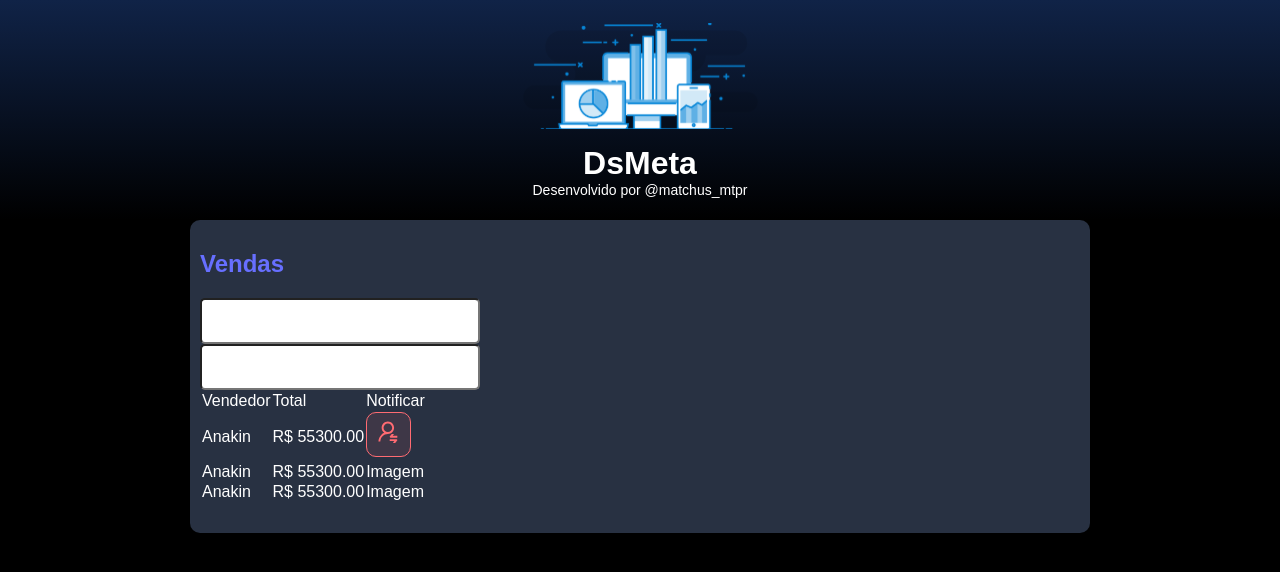
Repository: MatheusAlvesPereiraRosa/ds-meta
Page: index.html
An editor plug-in stored every save of this project. The page is shown before and after the next save, followed by the edit.
The browser window is 1280 px wide. The pictures show the whole page.

Above is the page before, as saved 2022-09-01 11:55:23.

### index.html
<!DOCTYPE html>
<html lang="en">
  <head>
    <meta charset="UTF-8" />
    <meta http-equiv="X-UA-Compatible" content="IE=edge" />
    <meta name="viewport" content="width=device-width, initial-scale=1.0" />
    <title>Document</title>

    <link rel="stylesheet" href="styles.css" />
  </head>

  <body>
    <header>
      <div class="dsmeta-logo-container">
        <img src="logo.svg" alt="Logo" />
        <h1>DsMeta</h1>
        <p>
          Desenvolvido por
          <a href="https://www.instagram.com/matchus_mtpr">@matchus_mtpr</a>
        </p>
      </div>
    </header>

    <main>
      <section id="sales">
        <div class="dsmeta-container">
          <div class="dsmeta-card">
            <h2 class="dsmeta-sales-title">Vendas</h2>
            <div>
              <div>
                <input class="dsmeta-form-control" type="text" />
              </div>
              <div>
                <input class="dsmeta-form-control" type="text" />
              </div>
            </div>

            <div>
              <table>
                <thead>
                  <tr>
                    <td>Vendedor</td>
                    <td>Total</td>
                    <td>Notificar</td>
                  </tr>
                </thead>
                <tbody>
                  <tr>
                    <td>Anakin</td>
                    <td>R$ 55300.00</td>
                    <td><img src="icon.svg" alt="Notificar" /></td>
                  </tr>
                  <tr>
                    <td>Anakin</td>
                    <td>R$ 55300.00</td>
                    <td>Imagem</td>
                  </tr>
                  <tr>
                    <td>Anakin</td>
                    <td>R$ 55300.00</td>
                    <td>Imagem</td>
                  </tr>
                </tbody>
              </table>
            </div>
          </div>
        </div>
      </section>
    </main>
  </body>
</html>

### styles.css
@import url('https://fonts.googleapis.com/css2?family=Roboto:wght@300&display=swap');

* {
    font-family: 'Rotobto', sans-serif;
    box-sizing: border-box;
    margin: 0;
    padding: 0;
}

header {
    background: linear-gradient(180deg, #102347 0%, transparent);
    height: 220px;
    display: flex;
    align-items: center;
    justify-content: center;
}

body, html {
    background-color: black;
    color: #fff;
}

a, a:hover, a:visited {
    color: unset;
    text-decoration: none;
}

.dsmeta-logo-container {
    display: flex;
    flex-direction: column;
    align-items: center;
}

.dsmeta-logo-container img{
    width: 235px;
}

.dsmeta-logo-container h1{
    margin-top: 15px;
}

.dsmeta-logo-container p{
    font-size: 14px;
    font-weight: 300;
}

.dsmeta-card {
    background-color: #283142;
    border-radius: 10px;
    padding: 30px 10px;
}

.dsmeta-container {
    width: 100%;
    max-width: 900px;
    margin: 0 auto;
}

#id {
    padding: 40px 10px;
}

.dsmeta-sales-title {
    color: #676FFF;
    font-size: 24px;
    margin-bottom: 20px;
}

.dsmeta-form-control {
    height: 46px;
    background-color: ;
    width: 280px;
    border-radius: 5px;
}

After the next save:
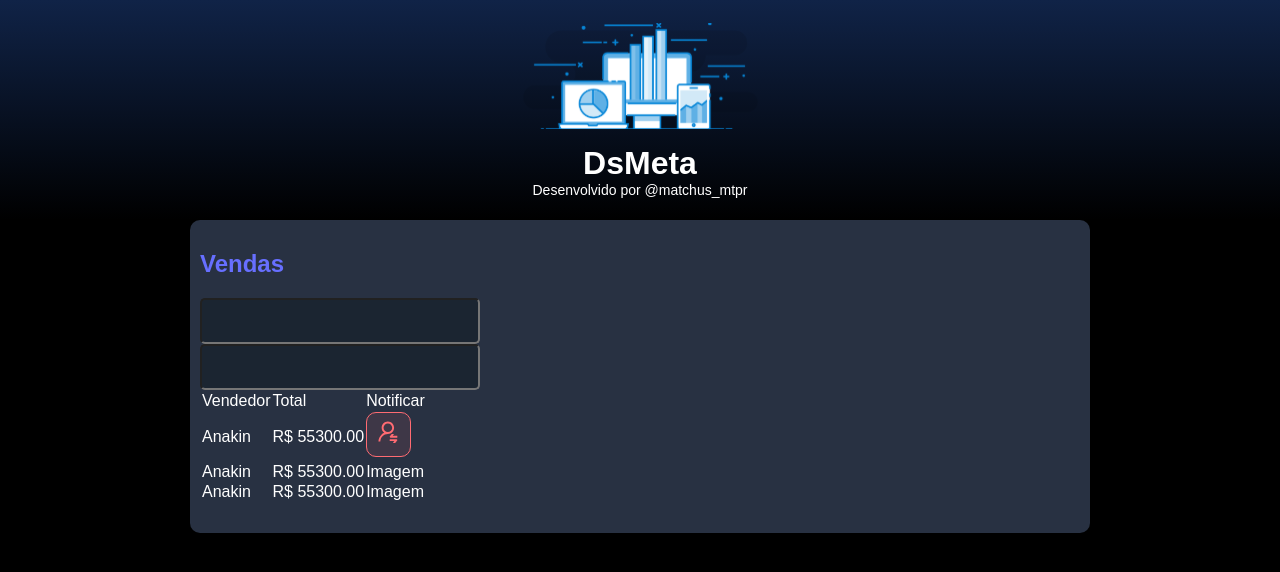
Saved 12 s later.
--- a/styles.css
+++ b/styles.css
@@ -68,7 +68,8 @@ a, a:hover, a:visited {
 
 .dsmeta-form-control {
     height: 46px;
-    background-color: ;
+    background-color: #1B2531;
     width: 280px;
     border-radius: 5px;
+    border-color: ;
 }
